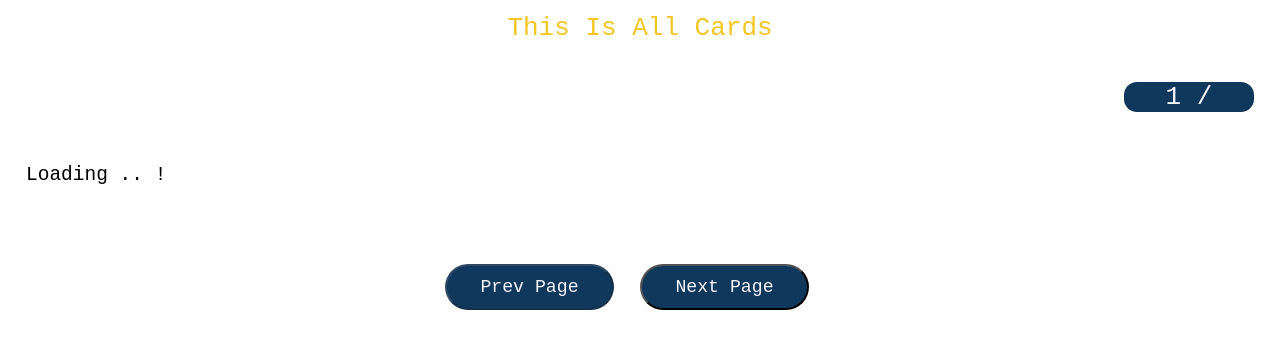
Repository: rehamtaher10/reactQueryTask
Page: /
The author's editor kept a copy of each file at every save. The page is drawn from the files as they stood at one save, then again after a run of saves.
The browser window is 1280 px wide. The pictures show the whole page.
The page's requests for data from a server got no answer. The project was rebuilt for these pictures with package versions that can differ from the ones it lists, and the page was loaded fresh each time. No one was signed in, and anything a server would have sent is missing. Also part of the build but not shown: vite.config.js.

Above is the page before, as saved 2024-12-07 20:40:55.

After the next 2 saves:
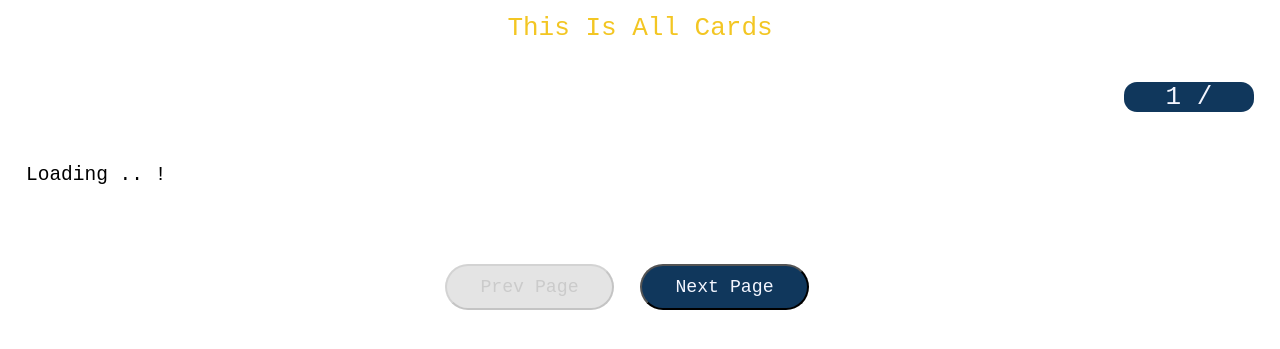
The 2 saves are shown as one change because they came seconds apart.
The last was saved 5 min 33 s later.
--- a/src/style/app.css
+++ b/src/style/app.css
@@ -81,3 +81,9 @@ h1{
 .buttons button:hover{
     background-color:rgba(16, 55, 92, .9) ;
 }
+.buttons button:disabled {
+    background-color: #D3D3D3; /* Light gray for a disabled effect */
+    color: #A9A9A9; /* Gray text color */
+    cursor: not-allowed; /* Show a "not allowed" cursor */
+    opacity: 0.6; /* Slightly reduce opacity for a faded look */
+}
